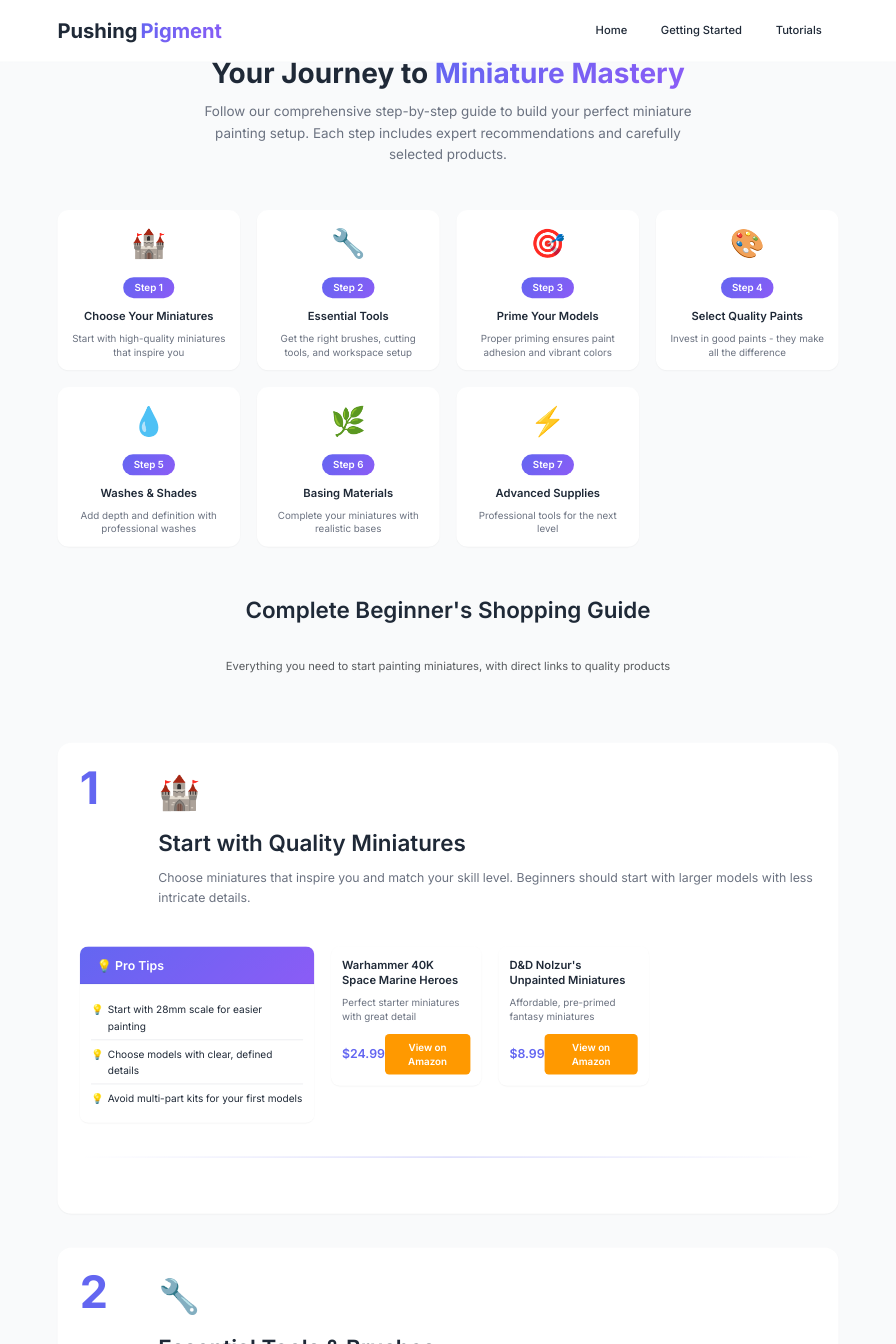
Repository: Aldentec/pushing-pigment-website
Page: /getting-started
The author's editor kept a copy of each file at every save. The page is drawn from the files as they stood at one save, then again after a run of saves.
The browser window is 1280 px wide. The pictures show the part of the page from y = 0 to 1920 px (the page is 8326 px tall before and 8406 px after), at 70% of full size.
The project was rebuilt for these pictures with package versions that can differ from the ones it lists, and the page was loaded fresh each time. Also part of the build but not shown: src/components/Hero/Hero.css, src/components/Hero/Hero.jsx, src/pages/Home/Home.css, src/pages/Home/Home.jsx, src/data/tutorials.js, src/pages/Tutorials/Tutorials.jsx, src/pages/Products/Products.css, src/pages/Products/Products.jsx.

Above is the page before, as saved 2025-08-16 09:22:44.

After the next 2 saves:
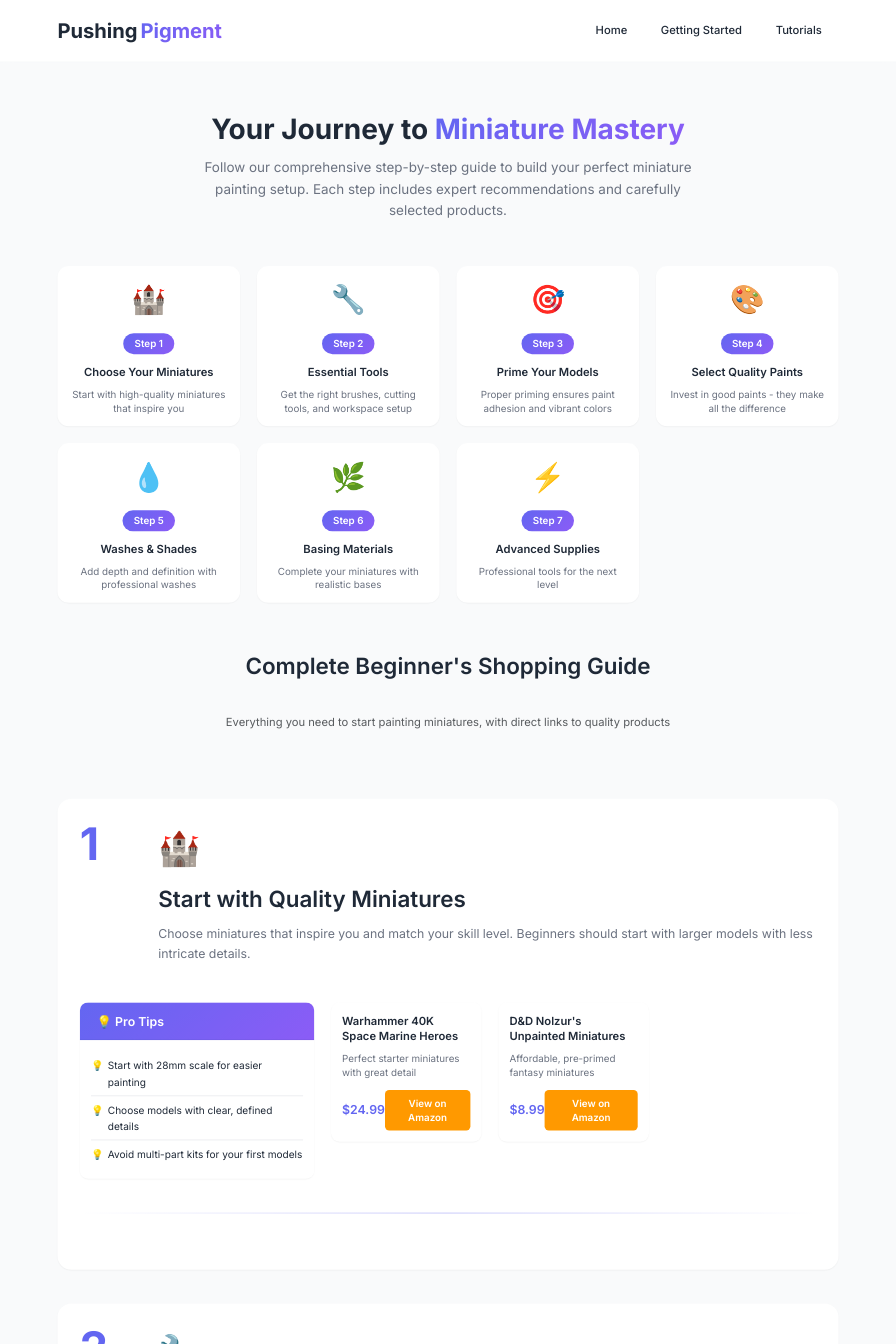
The 2 saves are shown as one change because they came seconds apart.
The last was saved 22 s later.
--- /dev/null
+++ b/src/pages/GettingStarted/GettingStarted.css
@@ -0,0 +1,5 @@
+.getting-started-page {
+  padding-top: 80px; /* Account for fixed navigation */
+}
+
+/* Additional page-specific styles can go here */
